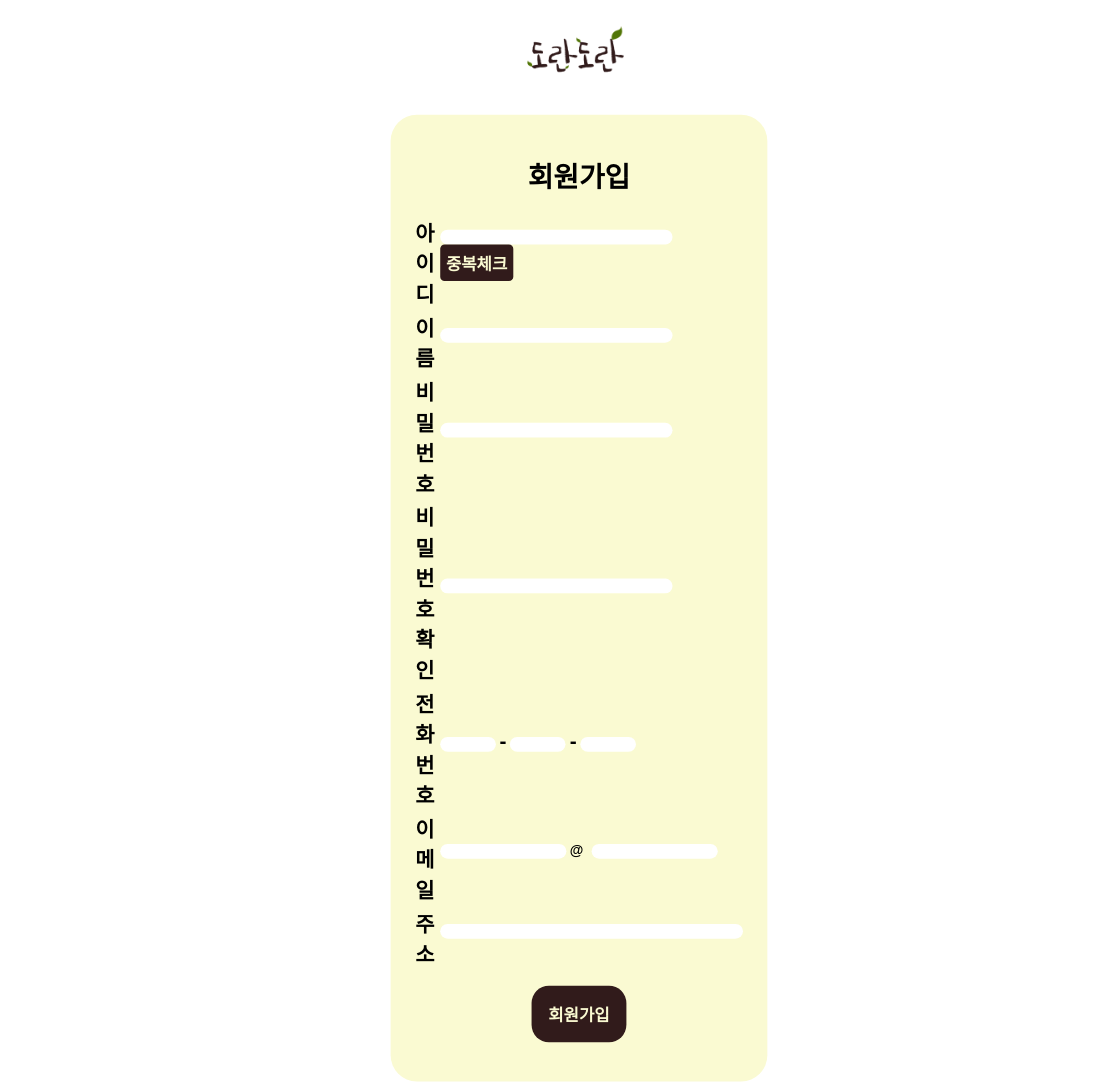
Repository: juhyun110701/DORANDORAN
Page: http://localhost/dorandoran/signup.jsp
An editor plug-in stored every save of this project. The page is shown before and after the next save, followed by the edit.
The browser window is 1280 px wide. The pictures show the whole page, at 87% of full size.
Some web fonts or font styles are not loaded; a fallback is used. The page is served by Tomcat 9. Other server files are loaded and not shown.

Above is the page before, as saved 2019-08-02 05:28:21.

### dorandoran/WebContent/signup.jsp
<%@ page language="java" contentType="text/html; charset=UTF-8"
    pageEncoding="UTF-8" import="java.sql.*"%>
<%@ page import="doran.db.connection.DBConnection" %>
<!DOCTYPE html>
<html>
<head>
    <meta charset="UTF-8">
    <title>도란도란 : 회원가입</title>
    <link rel="stylesheet" href="css/signup.css">
    <link href="https://fonts.googleapis.com/css?family=Sunflower:300&display=swap" rel="stylesheet">
    <style>
    	.btn2{
    		background-color:#311b1b;
    		color:lightgoldenrodyellow;
    		border:0;
			outline:0;
			border-radius:5px;
			padding:2%;
    	}
    </style>
    <script>
	    var pattern1 = /[0-9]/;
	    var pattern2 = /[a-zA-Z]/;
	    var pattern3 = /[*!%@#^]/;
	    var pattern4=/[~\$<>&]/;
	    var pw_msg = "";

	    window.onload=function(){
			document.form.id.focus();
		}

	    function inputIdChk(){
	    	document.form.idDuplication.value="uncheck";
	    }

	    function idchk(inputid){
	    	if(document.form.id.value==""){
				alert("아이디를 입력해주세요");
				document.form.id.focus();
				return;
			}
	    	window.name="form";
	    	var popupX = (window.screen.width/2)-(400/2);
	    	var popupY= (window.screen.height/2)-(200/2);
	    	window.open("idDupChk.jsp?id="+document.form.id.value,"chkForm","width=400, height=200, resizable=no, scrollbars=no, left="+popupX+", top="+popupY);
	    }

	    function check(){
			if(document.form.id.value==""){
				alert("아이디를 입력해주세요");
				document.form.id.focus();
				return;
			}

			/*if(document.form.idDuplication.value=="uncheck"){
				alert("아이디 중복을 확인해주세요");
				return;
			}*/

			if(document.form.pw.value==""){
				alert("비밀번호를 입력해주세요");
				document.form.pw.focus();
				return;
			}
			if(document.form.pwchk.value==""){
				alert("비밀번호 확인란을 입력해주세요");
				document.form.pwchk.focus();
				return;
			}
			if(document.form.tel1.value=="" || document.form.tel2.value=="" || document.form.tel3.value==""){
				alert("전화번호를 입력해주세요");
				document.form.tel1.focus();
				return;
			}
			if(document.form.email1.value=="" || document.form.email2.value==""){
				alert("이메일을 입력해주세요");
				document.form.email1.focus();
				return;
			}
			if(pattern4.test(document.form.pw.value)){
				alert("특수문자는 *, !, %, @, #, ^만 사용이 가능합니다");
				return;
			}
			if(!pattern1.test(document.form.pw.value)||!pattern2.test(document.form.pw.value)||!pattern3.test(document.form.pw.value)||document.form.pw.value.length<8||document.form.pw.value.length>50){
	            alert("영문+숫자+특수기호 8자리 이상으로 구성하여야 합니다.");
	            return;
	        }
			if(document.form.pw.value !=document.form.pwchk.value){
				alert("비밀번호와 비밀번호 확인이 일치하지 않습니다");
				return;
			}

			document.forms['form'].submit();
		}//function check()
    </script>
</head>
<body onload="form.id.focus()">
<form name="form" action="signupProc.jsp" method="post">
    <table id="whole">
        <tr>
            <td width="47%"></td>
            <td width="12%"><a href="index.jsp"><img src="img/logo.png" width="80%"></a></td>
            <td width="41%"></td>
        </tr>
        <tr>
           <td colspan=3>
               <div id="box" align="center">
                   <h1>회원가입</h1>
                   <p/>
                   <table>
                      <tr>
                          <td>
                               <font size="5%">아이디</font>
                          </td>
                          <td>
                              <input type="text" name="id" class="text" size=30 onkeydown="inputIdChk()">
                              <input type="button" class="btn2" value="중복체크" onclick="idchk(this.form)"><p>
                              <!-- <input type="hidden" name="idDuplication" value="uncheck"> -->
                          </td>
                       </tr>
                       <tr>
                          <td>
                               <font size="5%">이름</font>
                          </td>
                          <td>
                              <input type="text" name="name" class="text" size=30><p>
                          </td>
                       </tr>
                       <tr>
                            <td>
                                <font size="5%">비밀번호</font>
                            </td>
                            <td>
                                <input type="password" name="pw" class="text" size=30><p>
                            </td>
                       </tr>
                       <tr>
                            <td>
                                <font size="5%">비밀번호 확인</font>
                            </td>
                            <td>
                                <input type="password" name="pwchk" class="text" size=30><p>
                            </td>
                       </tr>
                       <tr>
                            <td>
                                <font size="5%">전화번호</font>
                            </td>
                            <td>
                                <input type="tel" name="tel1" class="text" size=5> <font size="5%">-</font>
                                <input type="tel" name="tel2" class="text" size=5> <font size="5%">-</font>
                                <input type="tel" name="tel3" class="text" size=5><p>
                            </td>
                       </tr>
                       <tr>
                            <td>
                                <font size="5%">이메일</font>
                            </td>
                            <td>
                                <input type="email" name="email1" class="text" size=15><font size="3%">&nbsp;@&nbsp;</font>
                                <input type="email" name="email2" class="text" size=15><p>
                            </td>
                       </tr>
                       <tr>
                            <td>
                                <font size="5%">주소</font>
                            </td>
                            <td>
                                <input type="text" name="address" class="text" size=40><p>
                            </td>
                       </tr>
                       <tr>
                           <td colspan=2 align="center">
                           	<p>
                           	<input type="button" id="signup" class="btn" value="회원가입" onclick="check()">
                           </td>
                       </tr>
                   </table>

               </div>
           </td>
        </tr>
    </table>
</form>
</body>
</html>

### dorandoran/WebContent/css/signup.css
body{
    margin:0;
}

*{
    font-family: 'Sunflower', sans-serif;
    font-weight:bold;
}

#whole{
    width:100%;
    height:100%;
}

a{
    text-decoration: none;
}

#box{
    background-color:lightgoldenrodyellow;
    border-radius:30px;
    width:30%;
    margin-left: 35%;
    padding:2%;
}

.text{
	border-radius:10px;
	border:0;
	outline:0;
	padding-left:5px;
}

.btn{
	background-color:#311b1b;
	color:lightgoldenrodyellow;
	border-radius:20px;
	border:0;
	outline:0;
	padding:5%;
	font-size:120%;
}

.btn2{
	background-color:#311b1b;
	color:lightgoldenrodyellow;
	border-radius:20px;
	border:0;
	outline:0;
	font-size:120%;
}

#forget{
	color:#311b1b;
	padding-top:15%;
}

After the next save:
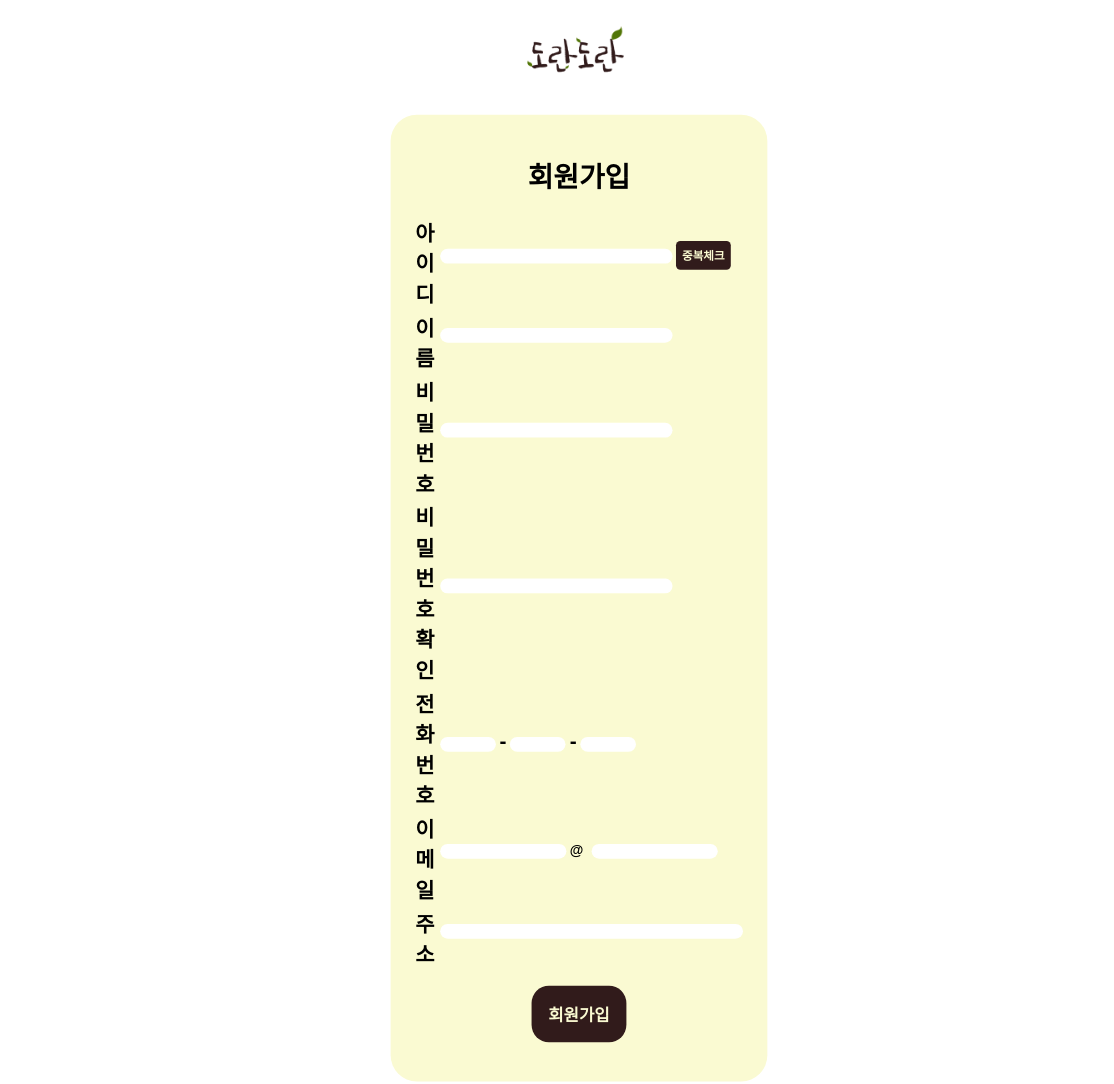
Saved 9 s later.
--- a/dorandoran/WebContent/css/signup.css
+++ b/dorandoran/WebContent/css/signup.css
@@ -47,7 +47,6 @@ a{
 	border-radius:20px;
 	border:0;
 	outline:0;
-	font-size:120%;
 }
 
 #forget{
